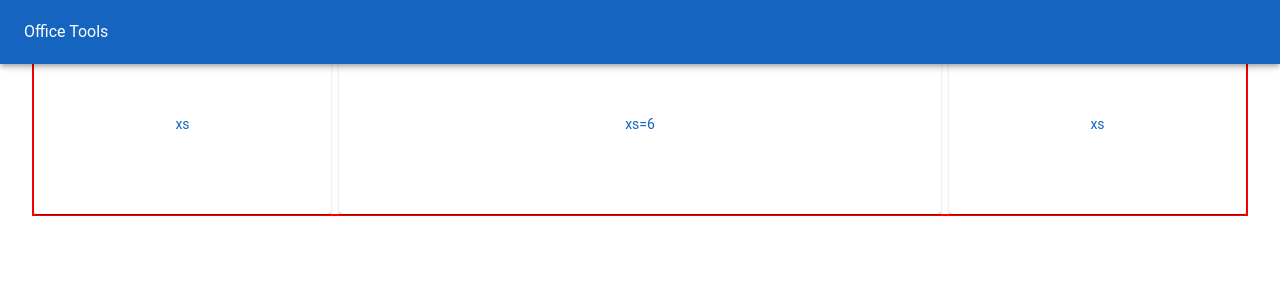
Repository: Vijay-Singh1/office-tools
Page: /createForm/Create-Form
An editor plug-in stored every save of this project. The page is shown before and after the next save, followed by the edit.
The browser window is 1280 px wide. The pictures show the whole page.
The project was rebuilt for these pictures with package versions that can differ from the ones it lists, and the page was loaded fresh each time. Also part of the build but not shown: vite.config.ts, src/FormBuilderApp/src/pages/OpenForms.tsx.

Above is the page before, as saved 2024-09-03 21:48:57.

After the next save:
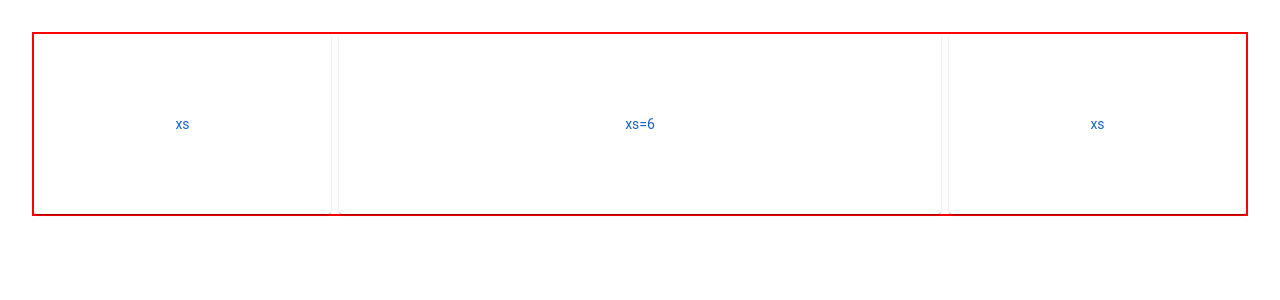
Saved 2 min 37 s later.
--- a/src/components/appBar/Appbar.tsx
+++ b/src/components/appBar/Appbar.tsx
@@ -1,10 +1,14 @@
-import { AppBar, Toolbar } from '@mui/material'
+import { AppBar, styled, Toolbar } from '@mui/material'
 import React from 'react'
 
+
+const StyledToolBar = styled(Toolbar)({
+    display : "flex"
+})
 const Appbar = () => {
   return (
     <AppBar>
-        <Toolbar>Office Tools</Toolbar>
+
     </AppBar>
   )
 }
